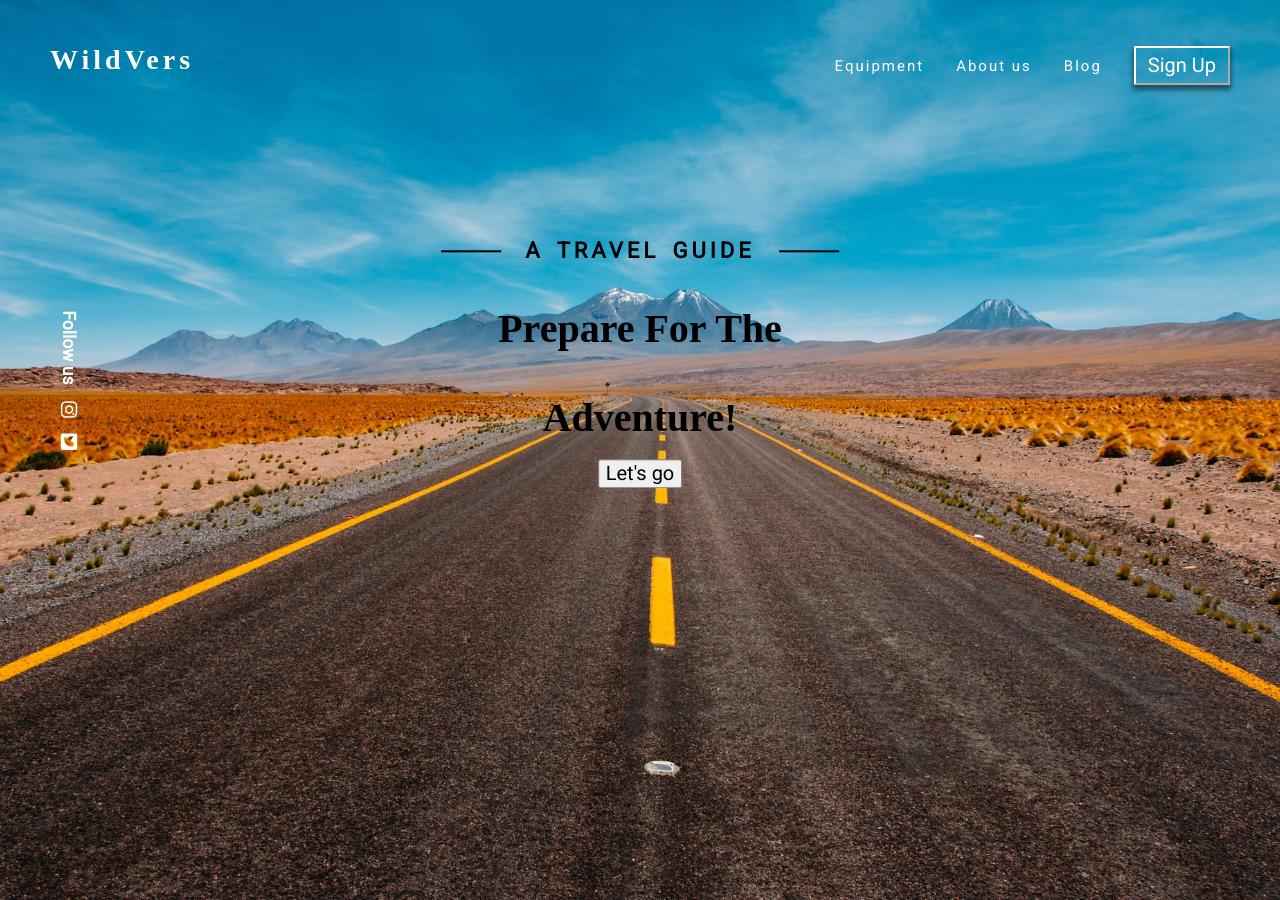
Repository: Hunga9k50doker/wildver-travel
Page: src/index.html
These files come from the project's save history. The page is drawn as it stood at one moment and after the next save; the edit follows.
The browser window is 1280 px wide. The pictures show the whole page.
Some web fonts or font styles are not loaded; a fallback is used. The style sheet was rebuilt from its Sass, Less or Tailwind sources for each picture, by a compiler version that may differ from the author's.

Above is the page before, as saved 2021-08-26 00:25:55.

### src/index.html
<!DOCTYPE html>
<html lang="en">
<head>
    <meta charset="UTF-8">
    <meta http-equiv="X-UA-Compatible" content="IE=edge">
    <meta name="viewport" content="width=device-width, initial-scale=1.0">
    <link href="https://fonts.googleapis.com/css2?family=Hina+Mincho&family=Roboto&display=swap" rel="stylesheet">
    <link rel="stylesheet" href="public/css/normalize.min.css">
    <link rel="stylesheet" href="public/css/grid.css">
    <link rel="stylesheet" href="public/css/base.css">
    <link rel="stylesheet" href="public/css/header.css">
    <link rel="stylesheet" href="public/vendor/fontawesome-free-5.15.3-web/css/all.min.css">
    <title>Document</title>
</head>
<body>
    <div class="app">
        <section class="header">
            <section class="header_nav">
                <h1 class="header_nav-home">WildVers</h1>
                <div class="header_nav-body">
                    <a href="/" class="header_nav-body-item">Equipment</a>
                    <a href="/" class="header_nav-body-item">About us</a>
                    <a href="/" class="header_nav-body-item">Blog</a>
                    <button class="header_nav-body-res">Sign Up</button>
                </div>
            </section>
            <section class="header_contain">
                <div class="header_contain-follow">
                    <p>Follow us</p>
                   <a href="/">
                       <i class="fab fa-instagram"></i>
                   </a>
                   <a href="/">
                       <i class="fab fa-twitter-square"></i>
                   </a>
                </div>
                <div class="header_contain-content">
                    <h3 class="header_contain-content-title">A travel guide</h3>
                    <h2>Prepare For The</h2>
                    <h2> Adventure!</h2>
                    <button>Let's go</button>
                </div>
            </section>
        </section>
        <section class="grip wide">

        </section>
    </div>
</body>
</html>

### src/public/css/normalize.min.css
html{line-height:1.15;-webkit-text-size-adjust:100%}body{margin:0}main{display:block}h1{font-size:2em;margin:.67em 0}hr{box-sizing:content-box;height:0;overflow:visible}pre{font-family:monospace,monospace;font-size:1em}a{background-color:transparent}abbr[title]{border-bottom:none;text-decoration:underline;text-decoration:underline dotted}b,strong{font-weight:bolder}code,kbd,samp{font-family:monospace,monospace;font-size:1em}small{font-size:80%}sub,sup{font-size:75%;line-height:0;position:relative;vertical-align:baseline}sub{bottom:-.25em}sup{top:-.5em}img{border-style:none}button,input,optgroup,select,textarea{font-family:inherit;font-size:100%;line-height:1.15;margin:0}button,input{overflow:visible}button,select{text-transform:none}[type=button],[type=reset],[type=submit],button{-webkit-appearance:button}[type=button]::-moz-focus-inner,[type=reset]::-moz-focus-inner,[type=submit]::-moz-focus-inner,button::-moz-focus-inner{border-style:none;padding:0}[type=button]:-moz-focusring,[type=reset]:-moz-focusring,[type=submit]:-moz-focusring,button:-moz-focusring{outline:1px dotted ButtonText}fieldset{padding:.35em .75em .625em}legend{box-sizing:border-box;color:inherit;display:table;max-width:100%;padding:0;white-space:normal}progress{vertical-align:baseline}textarea{overflow:auto}[type=checkbox],[type=radio]{box-sizing:border-box;padding:0}[type=number]::-webkit-inner-spin-button,[type=number]::-webkit-outer-spin-button{height:auto}[type=search]{-webkit-appearance:textfield;outline-offset:-2px}[type=search]::-webkit-search-decoration{-webkit-appearance:none}::-webkit-file-upload-button{-webkit-appearance:button;font:inherit}details{display:block}summary{display:list-item}template{display:none}[hidden]{display:none}
/*# sourceMappingURL=normalize.min.css.map */

### src/public/css/grid.css
.grid {
    width: 100%;
    display: block;
    padding: 0;
    margin: 0 auto;
}

.grid.wide {
    max-width: 1200px;
    margin: 0 auto;
}

.row {
    display: flex;
    flex-wrap: wrap;
    margin-left: -4px;
    margin-right: -4px;
}


.row.no-gutters {
    margin-left: 0;
    margin-right: 0;
}

.col {

    padding-left: 4px;
    padding-right: 4px;
}

.row.no-gutters .col {
    padding-left: 0;
    padding-right: 0;
}

.c-0 {
    display: none;
}

.c-1 {
    flex: 0 0 8.33333%;
    max-width: 8.33333%;
}

.c-2 {
    flex: 0 0 16.66667%;
    max-width: 16.66667%;
}

.c-3 {
    flex: 0 0 25%;
    max-width: 25%;
}

.c-4 {
    flex: 0 0 33.33333%;
    max-width: 33.33333%;
}

.c-5 {
    flex: 0 0 41.66667%;
    max-width: 41.66667%;
}

.c-6 {
    flex: 0 0 50%;
    max-width: 50%;
}

.c-7 {
    flex: 0 0 58.33333%;
    max-width: 58.33333%;
}

.c-8 {
    flex: 0 0 66.66667%;
    max-width: 66.66667%;
}

.c-9 {
    flex: 0 0 75%;
    max-width: 75%;
}

.c-10 {
    flex: 0 0 83.33333%;
    max-width: 83.33333%;
}

.c-11 {
    flex: 0 0 91.66667%;
    max-width: 91.66667%;
}

.c-12 {
    flex: 0 0 100%;
    max-width: 100%;
}

.c-o-1 {
    margin-left: 8.33333%;
}

.c-o-2 {
    margin-left: 16.66667%;
}

.c-o-3 {
    margin-left: 25%;
}

.c-o-4 {
    margin-left: 33.33333%;
}

.c-o-5 {
    margin-left: 41.66667%;
}

.c-o-6 {
    margin-left: 50%;
}

.c-o-7 {
    margin-left: 58.33333%;
}

.c-o-8 {
    margin-left: 66.66667%;
}

.c-o-9 {
    margin-left: 75%;
}

.c-o-10 {
    margin-left: 83.33333%;
}

.c-o-11 {
    margin-left: 91.66667%;
}

/* >= Tablet */
@media (min-width: 740px) {
    .row {
        margin-left: -8px;
        margin-right: -8px;
    }

    .col {
        padding-left: 8px;
        padding-right: 8px;
    }

    .m-0 {
        display: none;
    }

    .m-1,
    .m-2,
    .m-3,
    .m-4,
    .m-5,
    .m-6,
    .m-7,
    .m-8,
    .m-9,
    .m-10,
    .m-11,
    .m-12 {
        display: block;
    }

    .m-1 {
        flex: 0 0 8.33333%;
        max-width: 8.33333%;
    }

    .m-2 {
        flex: 0 0 16.66667%;
        max-width: 16.66667%;
    }

    .m-3 {
        flex: 0 0 25%;
        max-width: 25%;
    }

    .m-4 {
        flex: 0 0 33.33333%;
        max-width: 33.33333%;
    }

    .m-5 {
        flex: 0 0 41.66667%;
        max-width: 41.66667%;
    }

    .m-6 {
        flex: 0 0 50%;
        max-width: 50%;
    }

    .m-7 {
        flex: 0 0 58.33333%;
        max-width: 58.33333%;
    }

    .m-8 {
        flex: 0 0 66.66667%;
        max-width: 66.66667%;
    }

    .m-9 {
        flex: 0 0 75%;
        max-width: 75%;
    }

    .m-10 {
        flex: 0 0 83.33333%;
        max-width: 83.33333%;
    }

    .m-11 {
        flex: 0 0 91.66667%;
        max-width: 91.66667%;
    }

    .m-12 {
        flex: 0 0 100%;
        max-width: 100%;
    }

    .m-o-1 {
        margin-left: 8.33333%;
    }

    .m-o-2 {
        margin-left: 16.66667%;
    }

    .m-o-3 {
        margin-left: 25%;
    }

    .m-o-4 {
        margin-left: 33.33333%;
    }

    .m-o-5 {
        margin-left: 41.66667%;
    }

    .m-o-6 {
        margin-left: 50%;
    }

    .m-o-7 {
        margin-left: 58.33333%;
    }

    .m-o-8 {
        margin-left: 66.66667%;
    }

    .m-o-9 {
        margin-left: 75%;
    }

    .m-o-10 {
        margin-left: 83.33333%;
    }

    .m-o-11 {
        margin-left: 91.66667%;
    }
}

/* PC medium resolution > */
@media (min-width: 1113px) {
    .row {
        margin-left: -12px;
        margin-right: -12px;
    }

    .row.sm-gutter {
        margin-left: -5px;
        margin-right: -5px;
    }

    .col {
        padding-left: 12px;
        padding-right: 12px;
    }

    .row.sm-gutter .col {
        padding-left: 5px;
        padding-right: 5px;
    }

    .l-0 {
        display: none;
    }

    .l-1,
    .l-2,
    .l-2-4,
    .l-3,
    .l-4,
    .l-5,
    .l-6,
    .l-7,
    .l-8,
    .l-9,
    .l-10,
    .l-11,
    .l-12 {
        display: block;
    }

    .l-1 {
        flex: 0 0 8.33333%;
        max-width: 8.33333%;
    }

    .l-2 {
        flex: 0 0 16.66667%;
        max-width: 16.66667%;
    }

    .l-2-4 {
        flex: 0 0 20%;
        max-width: 20%;
    }

    .l-3 {
        flex: 0 0 25%;
        max-width: 25%;
    }

    .l-4 {
        flex: 0 0 33.33333%;
        max-width: 33.33333%;
    }

    .l-5 {
        flex: 0 0 41.66667%;
        max-width: 41.66667%;
    }

    .l-6 {
        flex: 0 0 50%;
        max-width: 50%;
    }

    .l-7 {
        flex: 0 0 58.33333%;
        max-width: 58.33333%;
    }

    .l-8 {
        flex: 0 0 66.66667%;
        max-width: 66.66667%;
    }

    .l-9 {
        flex: 0 0 75%;
        max-width: 75%;
    }

    .l-10 {
        flex: 0 0 83.33333%;
        max-width: 83.33333%;
    }

    .l-11 {
        flex: 0 0 91.66667%;
        max-width: 91.66667%;
    }

    .l-12 {
        flex: 0 0 100%;
        max-width: 100%;
    }

    .l-o-1 {
        margin-left: 8.33333%;
    }

    .l-o-2 {
        margin-left: 16.66667%;
    }

    .l-o-3 {
        margin-left: 25%;
    }

    .l-o-4 {
        margin-left: 33.33333%;
    }

    .l-o-5 {
        margin-left: 41.66667%;
    }

    .l-o-6 {
        margin-left: 50%;
    }

    .l-o-7 {
        margin-left: 58.33333%;
    }

    .l-o-8 {
        margin-left: 66.66667%;
    }

    .l-o-9 {
        margin-left: 75%;
    }

    .l-o-10 {
        margin-left: 83.33333%;
    }

    .l-o-11 {
        margin-left: 91.66667%;
    }
}

/* Tablet - PC low resolution */
@media (min-width: 740px) and (max-width: 1023px) {
    .wide {
        width: 644px;
    }
}

/* > PC low resolution */
@media (min-width: 1024px) and (max-width: 1239px) {
    .wide {
        width: 984px;
    }

    .wide .row {
        margin-left: -12px;
        margin-right: -12px;
    }

    .wide .row.sm-gutter {
        margin-left: -5px;
        margin-right: -5px;
    }

    .wide .col {
        padding-left: 12px;
        padding-right: 12px;
    }

    .wide .row.sm-gutter .col {
        padding-left: 5px;
        padding-right: 5px;
    }

    .wide .l-0 {
        display: none;
    }

    .wide .l-1,
    .wide .l-2,
    .wide .l-2-4,
    .wide .l-3,
    .wide .l-4,
    .wide .l-5,
    .wide .l-6,
    .wide .l-7,
    .wide .l-8,
    .wide .l-9,
    .wide .l-10,
    .wide .l-11,
    .wide .l-12 {
        display: block;
    }

    .wide .l-1 {
        flex: 0 0 8.33333%;
        max-width: 8.33333%;
    }

    .wide .l-2 {
        flex: 0 0 16.66667%;
        max-width: 16.66667%;
    }

    .wide .l-2-4 {
        flex: 0 0 20%;
        max-width: 20%;
    }

    .wide .l-3 {
        flex: 0 0 25%;
        max-width: 25%;
    }

    .wide .l-4 {
        flex: 0 0 33.33333%;
        max-width: 33.33333%;
    }

    .wide .l-5 {
        flex: 0 0 41.66667%;
        max-width: 41.66667%;
    }

    .wide .l-6 {
        flex: 0 0 50%;
        max-width: 50%;
    }

    .wide .l-7 {
        flex: 0 0 58.33333%;
        max-width: 58.33333%;
    }

    .wide .l-8 {
        flex: 0 0 66.66667%;
        max-width: 66.66667%;
    }

    .wide .l-9 {
        flex: 0 0 75%;
        max-width: 75%;
    }

    .wide .l-10 {
        flex: 0 0 83.33333%;
        max-width: 83.33333%;
    }

    .wide .l-11 {
        flex: 0 0 91.66667%;
        max-width: 91.66667%;
    }

    .wide .l-12 {
        flex: 0 0 100%;
        max-width: 100%;
    }

    .wide .l-o-1 {
        margin-left: 8.33333%;
    }

    .wide .l-o-2 {
        margin-left: 16.66667%;
    }

    .wide .l-o-3 {
        margin-left: 25%;
    }

    .wide .l-o-4 {
        margin-left: 33.33333%;
    }

    .wide .l-o-5 {
        margin-left: 41.66667%;
    }

    .wide .l-o-6 {
        margin-left: 50%;
    }

    .wide .l-o-7 {
        margin-left: 58.33333%;
    }

    .wide .l-o-8 {
        margin-left: 66.66667%;
    }

    .wide .l-o-9 {
        margin-left: 75%;
    }

    .wide .l-o-10 {
        margin-left: 83.33333%;
    }

    .wide .l-o-11 {
        margin-left: 91.66667%;
    }
}

### src/resources/scss/base.scss
@import "variables";

*{
    font-size: 62.5%;
    box-sizing: inherit;
}
html{
    margin: 0;
    padding: 0;
    line-height: 1.6rem;
    box-sizing: border-box;
    font-family: 'Roboto', sans-serif;
}
h1,h2{
    font-family: 'Besley', serif;
}

a{
    color: $white-color;
    text-decoration: none;
}

### src/resources/scss/_variables.scss
$orange-color: #ff6b00;
$white-color: #fff;
$text-color: #e2ddd6;
$waxen-color: #f9caa9;
$black-color: #030101;

### src/resources/scss/header.scss
@import "variables";

.header{
    position: relative;
    background: url(/src/public/img/bg2.jpg) ;
    width: 100%;
    min-width: 500px;
    height: 900px;
    min-height:500px;
    background-position: center;
    background-repeat: no-repeat;
    background-size: cover;
    // z-index: -1;
    &_nav{
        display:flex;
        color: $white-color;
        padding: 4.6rem 5rem 0 5rem;
        &-home{
            flex: 1;
            margin: 0;
            font-size: 2.8rem;
            letter-spacing:4px;
            line-height:100%;
            cursor: pointer;
        }
        &-body{
            display:flex;
            align-items:center;
            justify-content: center;
            font-size: 2.4rem;
            letter-spacing:2px;
            &-item{
                color:$white-color;
                margin:0 1.6rem;
                transform: scale(1);
                &:hover{
                    color: $orange-color;
                    transform: scale(1.1);
                    transition:transform 0.3s;
                }
            }
            button{
                font-size: 2rem;
                padding:6px 1.2rem;
                margin-left: 1.6rem;
                background:transparent;
                color:$white-color;
                border-color: $white-color;
                border-style: solid 2px;
                cursor: pointer;
                box-shadow: 0 4px 5px 1px rgba(0,0,0,0.5);
                transform: translateY(0);
                transition:transform 0.3s linear;
                &:hover{
                    background: $orange-color;
                    box-shadow: 0 0px 5px 1px rgba(0,0,0,0.5);
                    transform: translateY(4px);
                    transition:transform 0.3s linear;
                }
            }
        }

    }

    &_contain{
        position: relative;
        display:flex;
        align-items:center;
        justify-content: center;
        left: 0;
        top: 30%;
        transform: translateY(-70%);
        &-follow{
            position: absolute;
            top: 0;
            left:0;
            font-size: 2.8rem;
            font-weight: 700;
            display:flex;
            align-items:center;
            justify-content: center;
            color:$white-color;
            transform:rotate(90deg);
            margin:0;
            a:nth-child(2){
                margin:0 16px;
            }
            a{
                font-size: 3rem;
                transform: scale(1);
                transition: transform 0.3s;
                cursor: pointer;
                &:hover{
                     color:$orange-color;
                     transform: scale(1.1);
                     transition: transform 0.3s;
                 }
            }
        }
        &-content{
            position: absolute;
            top: 50%;
            left:50%;
            transform: translate(-50%,-50%);
            font-size: 2rem;
            display:flex;
            flex-direction: column;
            align-items:center;
            justify-content: center;
            &-title{
                position: relative;
                font-size: 2.2rem;
                color: $black-color;
                word-spacing: 4px;
                letter-spacing: 4px;
                text-transform: uppercase;
                &:after{
                    content: " ";
                    position: absolute;
                    width:6rem;
                    height:2px;
                    top: 50%;
                    transform: translateY(-50%);
                    right: -8.4rem;
                    background: #000;

                }
                &::before{
                    content: " ";
                    position: absolute;
                    width:6rem;
                    height:2px;
                    top: 50%;
                    transform: translateY(-50%);
                    left: -8.4rem;
                    background: #000;

                }
            }
            h2{
                font-size:4rem;
                margin-top: 4rem;
            }
        }
    }
}

Loaded but not shown: src/public/vendor/fontawesome-free-5.15.3-web/css/all.min.css (library)

After the next save:
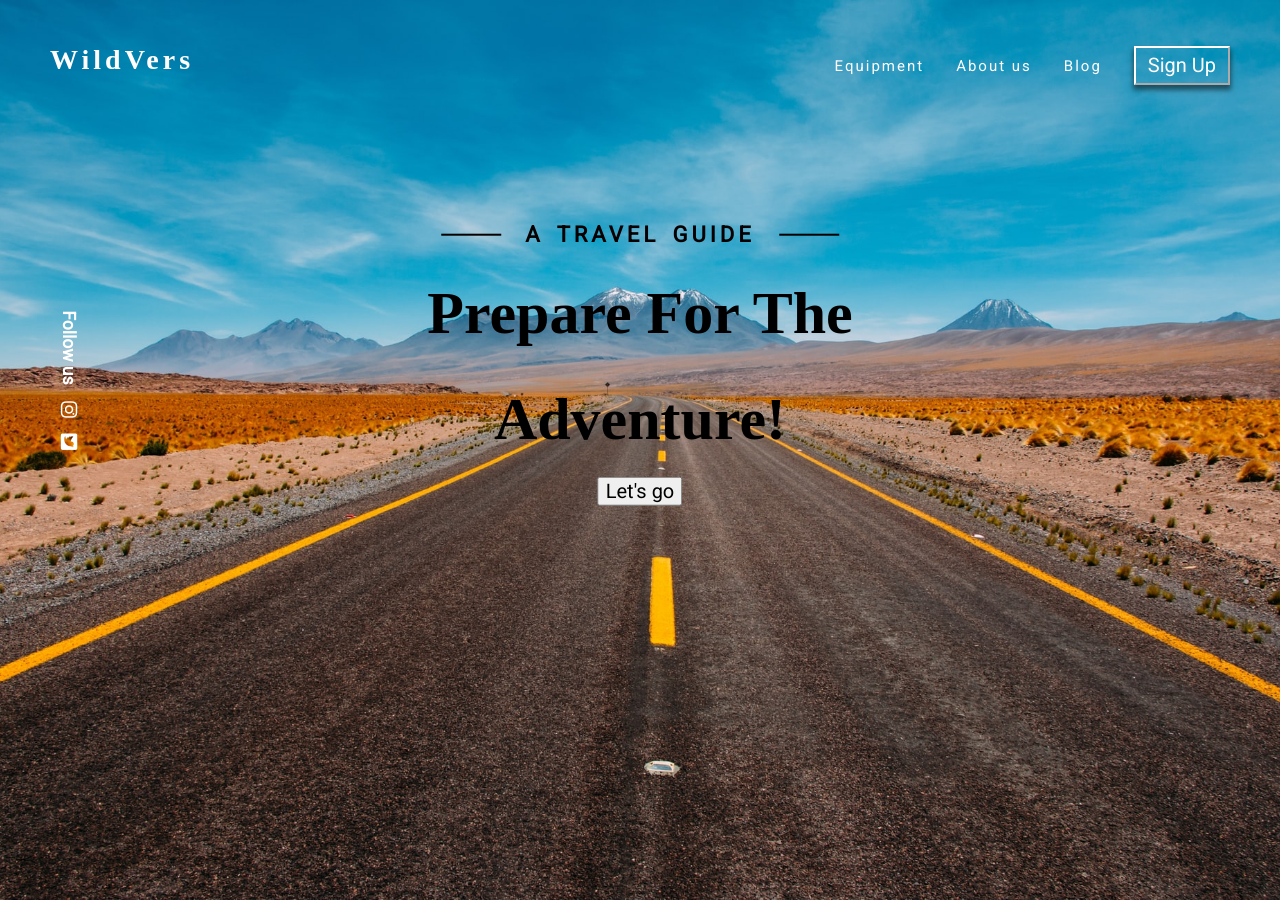
Saved 30 s later.
--- a/src/resources/scss/header.scss
+++ b/src/resources/scss/header.scss
@@ -138,7 +138,7 @@
                 }
             }
             h2{
-                font-size:4rem;
+                font-size:6rem;
                 margin-top: 4rem;
             }
         }
